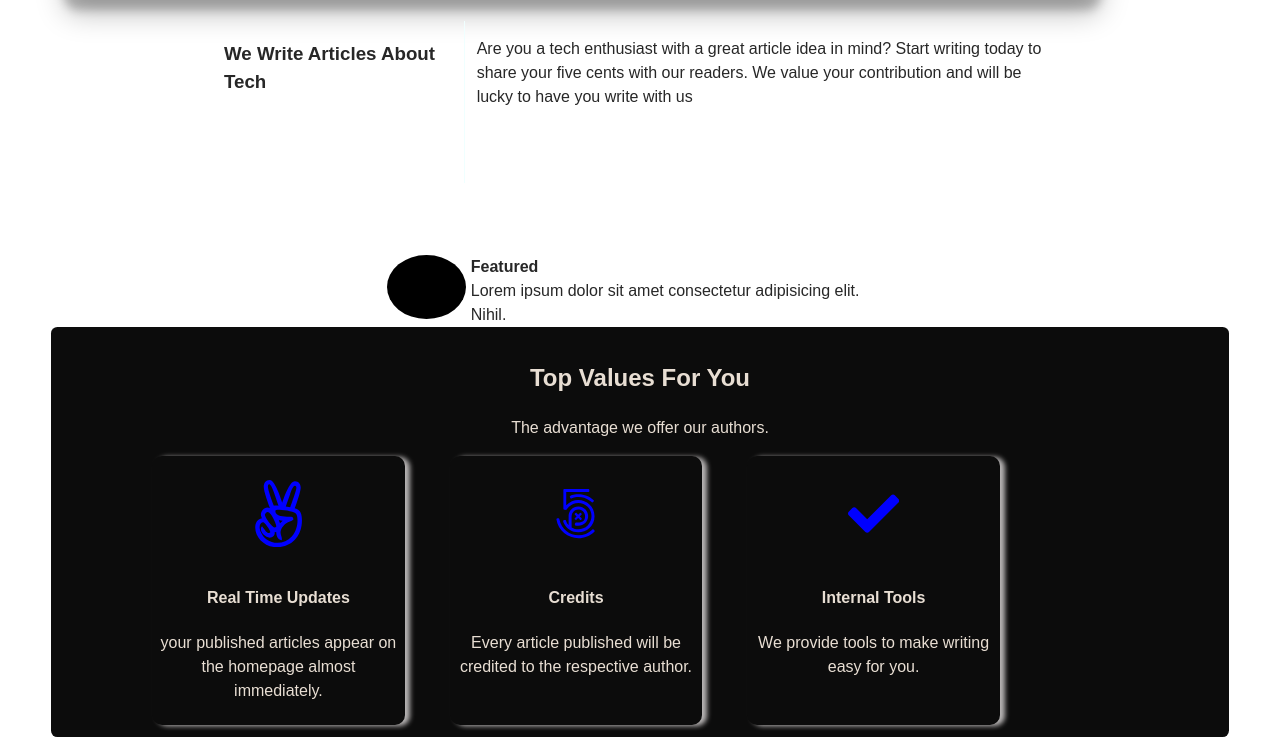
Repository: ValGrace/-static-site
Page: / (app in client/)
These files come from the project's save history. The page is drawn as it stood at one moment and after the next save; the edit follows.
The browser window is 1280 px wide. The pictures show the part of the page from y = 664 to 1409 px (the page is 1409 px tall).
The project was rebuilt for these pictures with package versions that can differ from the ones it lists, and the page was loaded fresh each time. Also part of the build but not shown: client/vite.config.js, client/src/Components/Login.jsx, client/src/Components/Signup.jsx, client/src/Pages/aboutPage.jsx, client/src/Pages/Articles.jsx.

Above is the page before, as saved 2023-07-01 13:54:28.

After the next save:
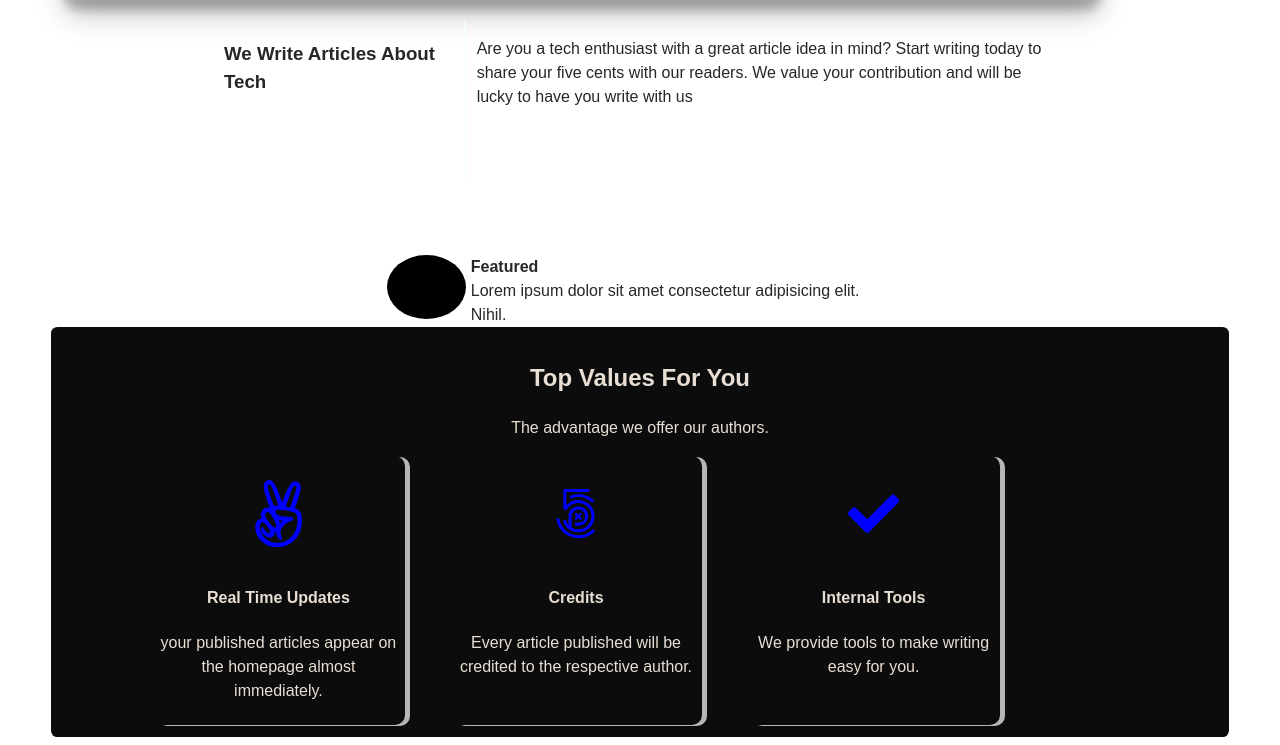
Saved 21 s later.
--- a/client/src/Components/Navbar.css
+++ b/client/src/Components/Navbar.css
@@ -125,7 +125,7 @@ nav > ul{
 
 .single-value {
     box-shadow:
-		5px 1px 5px rgb(184, 181, 181);
+		5px 1px 0.5px rgb(184, 181, 181);
     border-radius: 10px;
     background-color: rgb(12, 12, 12);
     padding: 0.4em;
